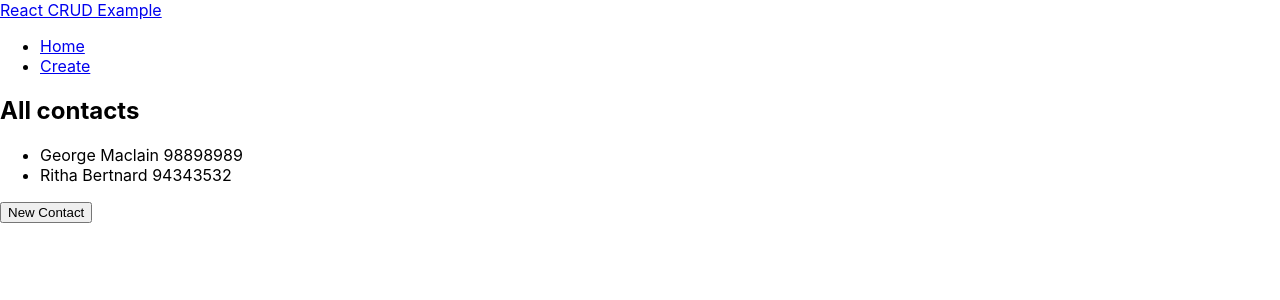
Repository: fishercom/react-phonebook
Page: /
An editor plug-in stored every save of this project. The page is shown before and after the next save, followed by the edit.
The browser window is 1280 px wide. The pictures show the whole page.
The project was rebuilt for these pictures with package versions that can differ from the ones it lists, and the page was loaded fresh each time. A package was used in the major version that the imports need, not the one package.json lists. Also part of the build but not shown: src/App.css, src/components/Form.js.

Above is the page before, as saved 2021-01-30 19:46:35.

After the next save:
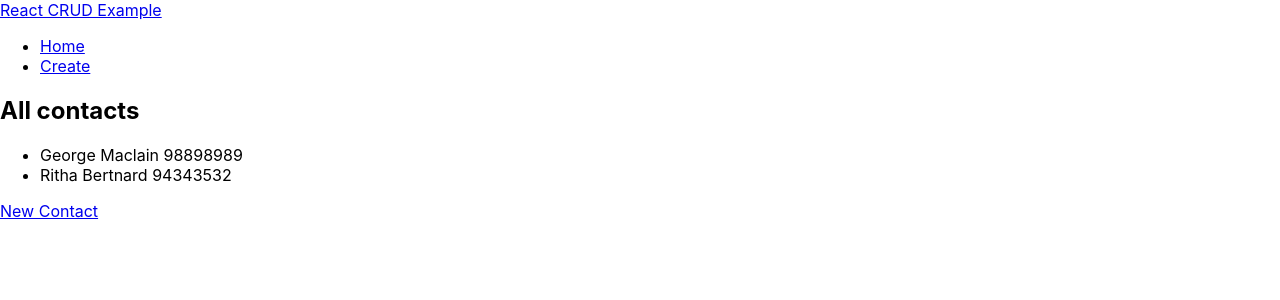
Saved 44 s later.
--- a/src/components/List.js
+++ b/src/components/List.js
@@ -12,7 +12,7 @@ class List extends React.Component {
                 <ul className="contactList">
                     {this.state.contacts.map((contact) => <li key={contact.id}>{contact.firstName} {contact.lastName} {contact.phoneNumber}</li>)}
                 </ul>
-                <button className="btn btn-primary" component={Link} to="/create">New Contact</button>
+                <a className="btn btn-primary" href="/create">New Contact</a>
             </section>
         );
     }
